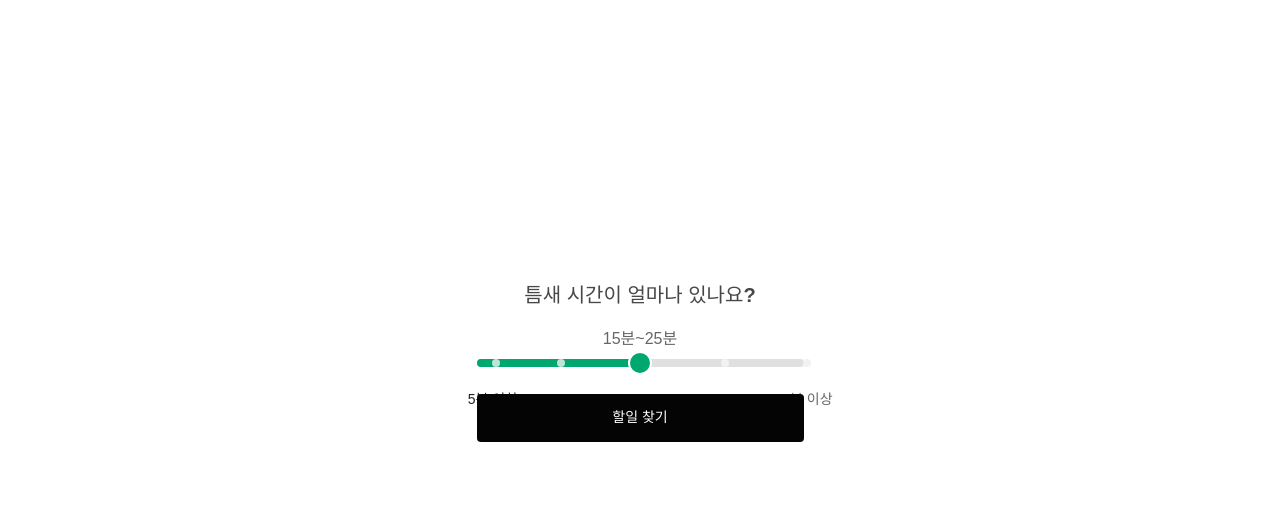
Repository: Tickley-Team/Tickley
Page: /survey
These files come from the project's save history. The page is drawn as it stood at one moment and after the next save; the edit follows.
The browser window is 1280 px wide. The pictures show the whole page.
The project was rebuilt for these pictures with package versions that can differ from the ones it lists, and the page was loaded fresh each time. Also part of the build but not shown: vite.config.ts, src/components/BottomNavbar.css, src/components/BottomNavbar.tsx, src/hooks/useLocalStorage.ts, src/stores/timeLeftStore.ts, src/utils.ts, src/components/BasicDialog.tsx, src/pages/Todos.tsx and 12 more.

Above is the page before, as saved 2024-12-09 16:21:09.

### index.html
<!doctype html>
<html lang="en">
  <head>
    <meta charset="UTF-8" />
    <link rel="icon" type="image/svg+xml" href="/src/assets/tickley-favicon.svg" />
    <meta name="viewport" content="width=device-width, initial-scale=1.0" />
    <title>Tickley</title>
    <meta name="description" content="자투리 시간을 알차게 보내고 싶으신가요? 그럼 티클리!">
    <meta property="og:title" content="Tickley">
    <meta property="og:url" content="https://tickley-team.github.io/Tickley/">
    <meta property="og:image" content="https://tickley-team.github.io/Tickley/cute-tickley.png">
    <meta property="og:description" content="자투리 시간을 알차게 보내고 싶으신가요? 그럼 티클리!">
  </head>
  <body>
    <div id="root"></div>
    <script type="module" src="/src/main.tsx"></script>
  </body>
</html>

### src/index.css
:root {
  font-family: Pretandard, system-ui, Avenir, Helvetica, Arial, sans-serif;

  color-scheme: light dark;
  font-synthesis: none;
  text-rendering: optimizeLegibility;
  -webkit-font-smoothing: antialiased;
  -moz-osx-font-smoothing: grayscale;
}

@font-face {
  font-family: 'S-CoreDream-5Medium';
  src: url('https://fastly.jsdelivr.net/gh/projectnoonnu/noonfonts_six@1.2/S-CoreDream-5Medium.woff')
    format('woff');
  font-weight: 500;
  font-style: normal;
}

@font-face {
  font-family: 'S-CoreDream-6Bold';
  src: url('https://fastly.jsdelivr.net/gh/projectnoonnu/noonfonts_six@1.2/S-CoreDream-6Bold.woff')
    format('woff');
  font-weight: 600;
  font-style: normal;
}

@font-face {
  font-family: 'S-CoreDream-8Heavy';
  src: url('https://fastly.jsdelivr.net/gh/projectnoonnu/noonfonts_six@1.2/S-CoreDream-8Heavy.woff')
    format('woff');
  font-weight: 800;
  font-style: normal;
}

@font-face {
  font-family: 'S-CoreDream-7ExtraBold';
  src: url('https://fastly.jsdelivr.net/gh/projectnoonnu/noonfonts_six@1.2/S-CoreDream-7ExtraBold.woff')
    format('woff');
  font-weight: 700;
  font-style: normal;
}

### src/App.tsx
import './App.css'

import Todos from './pages/Todos'
import TodosFind from './pages/TodosFind'
import SurveySpareTime from './pages/SurveySpareTime'
import Home from './pages/Home'
import OnboardingPage from './pages/OnboardingPage'
import TodosMemory from './pages/TodosMemory'
import ProgressTimer from './pages/ProgressTimer'
import CompletedTimer from './pages/CompletedTimer'
import { fetchRecommendTodos } from './api/fetchRecommendTodos'
import { createBrowserRouter, RouterProvider } from 'react-router'
import { ThemeProvider } from '@mui/material/styles'
import { TickleyTheme } from './theme'
import CssBaseline from '@mui/material/CssBaseline'

function App() {
  const isProduction = process.env.NODE_ENV === 'production'
  const basename = isProduction ? '/Tickley' : '/'

  const router = createBrowserRouter(
    [
      {
        path: '/',
        element: <Home />,
      },
      {
        path: '/todos',
        element: <Todos />,
      },
      {
        path: '/todos/find',
        element: <TodosFind />,
        loader: () =>
          fetchRecommendTodos(
            `${import.meta.env.BASE_URL}data/todoRecommendData.json`,
          ),
      },
      {
        path: '/todos/memory',
        element: <TodosMemory />,
      },
      {
        path: '/survey',
        element: <SurveySpareTime />,
      },
      {
        path: '/onboarding/:onboardingId',
        element: <OnboardingPage />,
      },
      {
        path: '/timer/progress',
        element: <ProgressTimer />,
      },
      {
        path: '/timer/completed',
        element: <CompletedTimer />,
      },
    ],
    {
      basename,
    },
  )

  return (
    <ThemeProvider theme={TickleyTheme}>
      <RouterProvider router={router} />
      <CssBaseline />
    </ThemeProvider>
  )
}

export default App

### src/App.css
#root {
  /* max-width: 1280px; */
  margin: 0 auto;
  text-align: center;
}

### src/pages/SurveySpareTime/index.tsx
import { useCallback } from 'react'
import { useNavigate } from 'react-router'
import { MobileLayout } from '../../layout/MobileLayout'
import { RangeSlider } from '../../components/RangeSlider'
import { Typography } from '@mui/material'
import { CTAButton } from '../../components/Button'

const SurveySpareTime = () => {
  const navigate = useNavigate()
  const handleClickButton = useCallback(() => {
    navigate('/todos/find')
  }, [])
  return (
    <MobileLayout>
      <Typography
        variant="h6"
        sx={{ fontWeight: 'bold', mb: 2, color: '#474747' }}
      >
        틈새 시간이 얼마나 있나요?
      </Typography>
      <RangeSlider />
      <CTAButton onClick={handleClickButton}>할일 찾기 </CTAButton>
    </MobileLayout>
  )
}

export default SurveySpareTime

### src/api/fetchRecommendTodos.ts
import { RecommendTodo } from '../types'

export const fetchRecommendTodos = async (
  path: string,
): Promise<Array<RecommendTodo>> => {
  try {
    const response = await fetch(path)
    if (!response.ok) {
      throw new Error(`HTTP error! status: ${response.status}`)
    }
    return response.json()
  } catch (error) {
    if (error instanceof Error) {
      throw new Error(`데이터 로드 실패: ${error.message}`)
    }
    throw new Error('알 수 없는 에러가 발생했습니다')
  }
}

### src/theme.ts
import { createTheme } from '@mui/material/styles'

import tokens from './assets/tokens.json'

import React from 'react'

export const TickleyTheme = createTheme({
  palette: {
    primary100: tokens.color.pri100.value,
    primary500: tokens.color.pri500.value,
    primary900: tokens.color.pri900.value,

    gray100: tokens.color.gray100.value,
    gray200: tokens.color.gray200.value,
    gray300: tokens.color.gray300.value,
    gray400: tokens.color.gray400.value,
    gray600: tokens.color.gray600.value,
    gray700: tokens.color.gray700.value,
    gray800: tokens.color.gray800.value,
    gray900: tokens.color.gray900.value,
    gray1000: tokens.color.gray1000.value,

    semanticRed: '#F24822',
    semanticPurple1: '#5B67BA',
    semanticGreen: '#009951',
    semanticGreen1: '#D6F2CC',
    semanticGreen2: '#B2DDA2',
    semanticGreen3: '#7BB766',
    semanticGreen4: '#367A1E',
  },

  typography: {
    fontFamily: '"S-CoreDream", Arial, sans-serif',

    'headline-8-heavy': {
      fontWeight: 800,

      fontSize: '48px',
    },

    'headline-5-medium': {
      fontWeight: 500,

      fontSize: '66px',
    },

    'title-6-bold-34': {
      fontWeight: 600,

      fontSize: '34px',
    },

    'title-5-medium-26': {
      fontWeight: 500,

      fontSize: '26px',
    },

    'title-7-extrabold-20': {
      fontWeight: 700,

      fontSize: '20px',
    },

    'title-5-medium-18': {
      fontWeight: 500,

      fontSize: '18px',
    },

    'title-5-medium-16': {
      fontWeight: 500,

      fontSize: '16px',
    },

    'title-5-medium-12': {
      fontWeight: 500,

      fontSize: '12px',
    },
  },
})

//TODO: 타입 정의 파일로 옮기기

declare module '@mui/material/styles' {
  interface Palette {
    primary100: string
    primary500: string
    primary900: string
    gray100: string
    gray200: string
    gray300: string
    gray400: string
    gray600: string
    gray700: string
    gray800: string
    gray900: string
    gray1000: string

    semanticGreen1: string
    semanticGreen2: string
    semanticGreen3: string
    semanticGreen4: string
    semanticRed: string
    semanticPurple1: string
    semanticGreen: string
  }

  interface PaletteOptions {
    primary100: string
    primary500: string
    primary900: string
    gray100: string
    gray200: string
    gray300: string
    gray400: string
    gray600: string
    gray700: string
    gray800: string
    gray900: string
    gray1000: string

    semanticGreen1: string
    semanticGreen2: string
    semanticGreen3: string
    semanticGreen4: string
    semanticRed: string
    semanticPurple1: string
    semanticGreen: string
  }
}

declare module '@mui/material/Typography' {
  interface TypographyPropsVariantOverrides {
    'headline-5-medium': true

    'headline-8-heavy': true

    'title-6-bold-34': true

    'title-5-medium-26': true

    'title-7-extrabold-20': true

    'title-5-medium-18': true

    'title-5-medium-16': true

    'title-5-medium-12': true
  }
}

declare module '@mui/material/styles' {
  interface TypographyVariants {
    'headline-5-medium': React.CSSProperties

    'headline-8-heavy': React.CSSProperties

    'title-6-bold-34': React.CSSProperties

    'title-5-medium-26': React.CSSProperties

    'title-7-extrabold-20': React.CSSProperties

    'title-5-medium-18': React.CSSProperties

    'title-5-medium-16': React.CSSProperties

    'title-5-medium-12': React.CSSProperties
  }

  interface TypographyVariantsOptions {
    'headline-5-medium'?: React.CSSProperties

    'headline-8-heavy'?: React.CSSProperties

    'title-6-bold-34'?: React.CSSProperties

    'title-5-medium-26'?: React.CSSProperties

    'title-7-extrabold-20'?: React.CSSProperties

    'title-5-medium-18'?: React.CSSProperties

    'title-5-medium-16'?: React.CSSProperties

    'title-5-medium-12'?: React.CSSProperties
  }
}

### src/components/RangeSlider.tsx
import styled from '@emotion/styled'
import { Box, Slider, SliderProps, Typography } from '@mui/material'
import { useRecommendTodoFilterStore } from '../stores/recommendTodoFilterStore'

type RangeSliderProps = Partial<SliderProps>

const RangeMapper = [
  { value: 5, label: '5분 이하', displayText: '5분 이하', time: 5 },
  { value: 25, label: '', displayText: '5분~15분', time: 15 },
  { value: 50, label: '', displayText: '15분~25분', time: 25 },
  { value: 75, label: '', displayText: '25분~35분', time: 35 },
  { value: 100, label: '40분 이상', displayText: '40분 이상', time: 40 },
]

export const RangeSlider = ({ ...restProps }: RangeSliderProps) => {
  const { spareTime, setSpareTime } = useRecommendTodoFilterStore()

  const handleChange = (_event: Event, value: number | number[]) => {
    const time = RangeMapper.find((step) => step.value === value)?.time
    setSpareTime(time ?? 5)
  }

  const marks = RangeMapper.map(({ value, label }) => ({
    value,
    label,
  }))
  return (
    <Box width={'100%'}>
      <Typography sx={{ mb: 1, color: '#666666' }}>
        {/* TODO: refactor 연산 */}
        {RangeMapper.find(({ time }) => time === spareTime)?.displayText}
      </Typography>
      <CustomSlider
        value={RangeMapper.find(({ time }) => time === spareTime)?.value}
        marks={marks}
        step={null}
        onChange={handleChange}
        {...restProps}
      />
    </Box>
  )
}

const CustomSlider = styled(Slider)({
  height: 8,
  padding: 0,
  '& .MuiSlider-rail': {
    opacity: 1,
    backgroundColor: '#E0E0E0', // gray300
  },
  '& .MuiSlider-track': {
    border: 'none',
    backgroundColor: '#00A76F', // pri500
  },
  '& .MuiSlider-thumb': {
    height: 24,
    width: 24,
    backgroundColor: '#00A76F', // pri500
    border: '2px solid #fff',
    '&:focus, &:hover, &.Mui-active, &.Mui-focusVisible': {
      boxShadow: 'inherit',
    },
    '&:before': {
      display: 'none',
    },
  },
  '& .MuiSlider-mark': {
    backgroundColor: '#F2F2F2', // gray200
    height: 8,
    width: 8,
    borderRadius: '50%',
    marginTop: 0,
  },
})

### src/layout/MobileLayout.tsx
import { Container } from '@mui/material'

export const MobileLayout = ({
  children,
  ...restProps
}: {
  children: React.ReactNode
}) => {
  return (
    <Container
      sx={{
        maxWidth: '375px', // 최대 너비 375px
        margin: '0 auto',
        backgroundColor: 'white',
        height: '100vh',
        display: 'flex', // Flexbox를 사용하여 콘텐츠 정렬
        flexDirection: 'column',
        justifyContent: 'center',
        alignItems: 'center',
        '@media (min-width: 1200px)': {
          maxWidth: '375px', // 1200px 이상에서도 375px 고정
        },
      }}
      {...restProps}
    >
      {/* 여기에 콘텐츠를 추가 */}
      {children}
    </Container>
  )
}

### src/stores/recommendTodoFilterStore.ts
import { create } from 'zustand'

interface RecommendTodoFilterStore {
  categoryName: string
  spareTime: number
  setSpareTime: (spareTime: number) => void
  setCategoryName: (categoryName: string) => void
}
export const useRecommendTodoFilterStore = create<RecommendTodoFilterStore>()(
  (set) => ({
    categoryName: '휴식',
    spareTime: 25,
    setSpareTime: (spareTime) => set({ spareTime }),
    setCategoryName: (categoryName) => set({ categoryName }),
  }),
)

### src/components/Button.tsx
import { Button as BaseButton, ButtonProps } from '@mui/material'
import { styled } from '@mui/system'

type Props = ButtonProps & {
  children: React.ReactNode
}
export const CTAButton = ({ children, ...restProps }: Props) => {
  return <Button {...restProps}>{children}</Button>
}

const Button = styled(BaseButton)(({ theme }) => ({
  height: 48,
  borderRadius: 4,
  width: '100%',
  justifyContent: 'center',
  alignItems: 'center',
  display: 'inline-flex',
  backgroundColor: theme.palette.gray1000, // theme 사용
  color: theme.palette.gray100, // theme 사용
}))

### src/assets/tokens.json
{
  "color": {
    "pri500": {
      "description": "",
      "type": "color",
      "value": "#1d997cff",
      "blendMode": "normal"
    },
    "pri100": {
      "description": "",
      "type": "color",
      "value": "#d7f6efff",
      "blendMode": "normal"
    },
    "pri900": {
      "description": "",
      "type": "color",
      "value": "#044637ff",
      "blendMode": "normal"
    },
    "gray1000": {
      "description": "",
      "type": "color",
      "value": "#040404ff",
      "blendMode": "normal"
    },
    "gray300": {
      "description": "",
      "type": "color",
      "value": "#f0f1f5ff",
      "blendMode": "normal"
    },
    "gray400": {
      "description": "",
      "type": "color",
      "value": "#d9dae2ff",
      "blendMode": "normal"
    },
    "gray500": {
      "description": "",
      "type": "color",
      "value": "#b9babfff",
      "blendMode": "normal"
    },
    "gray900": {
      "description": "",
      "type": "color",
      "value": "#232327ff",
      "blendMode": "normal"
    },
    "gray600": {
      "description": "",
      "type": "color",
      "value": "#999a9fff",
      "blendMode": "normal"
    },
    "gray700": {
      "description": "",
      "type": "color",
      "value": "#717277ff",
      "blendMode": "normal"
    },
    "gray800": {
      "description": "",
      "type": "color",
      "value": "#3f3f44ff",
      "blendMode": "normal"
    },
    "gray200": {
      "description": "",
      "type": "color",
      "value": "#f9fafcff",
      "blendMode": "normal"
    },
    "gray100": {
      "description": "",
      "type": "color",
      "value": "#ffffffff",
      "blendMode": "normal"
    }
  },
  "grid": {
    "grid": {
      "0": {
        "type": "custom-grid",
        "value": {
          "pattern": "columns",
          "gutterSize": 0,
          "alignment": "stretch",
          "count": 1,
          "offset": 16
        }
      },
      "1": {
        "type": "custom-grid",
        "value": {
          "pattern": "columns",
          "gutterSize": 16,
          "alignment": "stretch",
          "count": 4,
          "offset": 16
        }
      },
      "description": null
    }
  },
  "variable collection": {
    "pri500": { "type": "color", "value": "#f5c21aff", "blendMode": "normal" },
    "pri600": { "type": "color", "value": "#f5bb1aff", "blendMode": "normal" },
    "color": {
      "description": "",
      "type": "color",
      "value": "{variable collection.pri500}"
    }
  }
}

Loaded but not shown: src/main.tsx (common file)

After the next save:
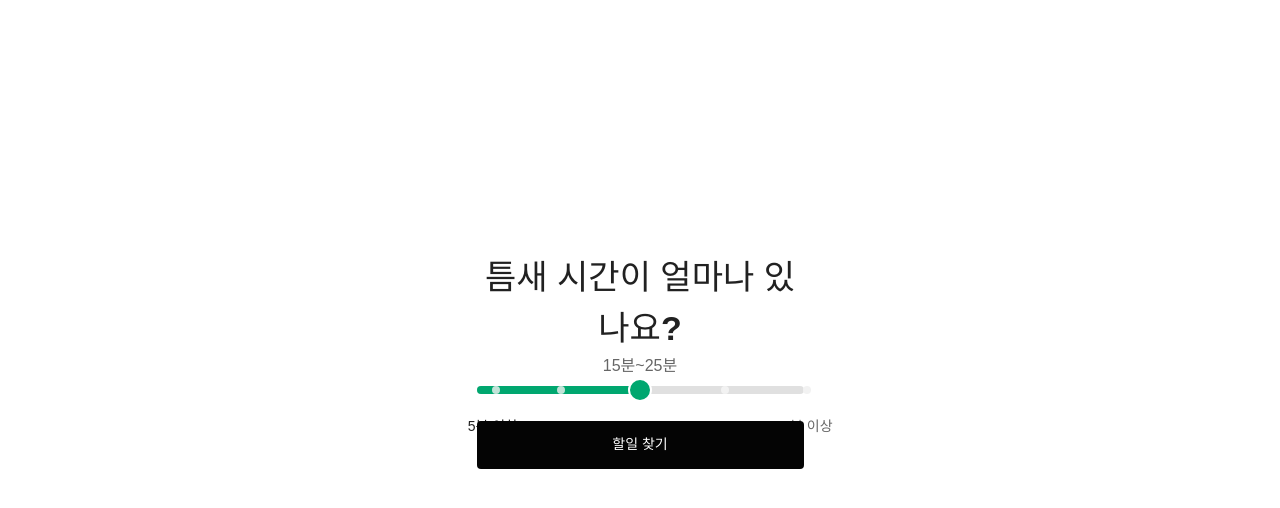
Saved 84 s later.
--- a/src/pages/SurveySpareTime/index.tsx
+++ b/src/pages/SurveySpareTime/index.tsx
@@ -12,10 +12,7 @@ const SurveySpareTime = () => {
   }, [])
   return (
     <MobileLayout>
-      <Typography
-        variant="h6"
-        sx={{ fontWeight: 'bold', mb: 2, color: '#474747' }}
-      >
+      <Typography variant="title-6-bold-34">
         틈새 시간이 얼마나 있나요?
       </Typography>
       <RangeSlider />
